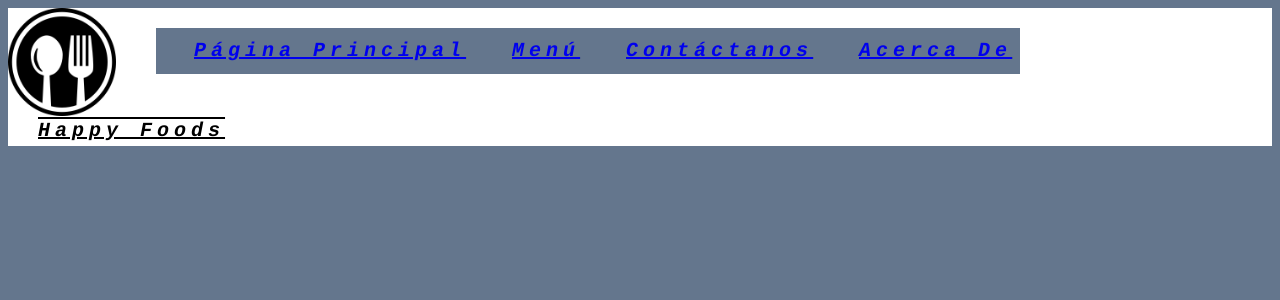
Repository: UVMCoyoacan/eq06_sitio1
Page: index.html
An editor plug-in stored every save of this project. The page is shown before and after the next save, followed by the edit.
The browser window is 1280 px wide. The pictures show the whole page.

Above is the page before, as saved 2024-03-06 09:38:52.

After the next save:
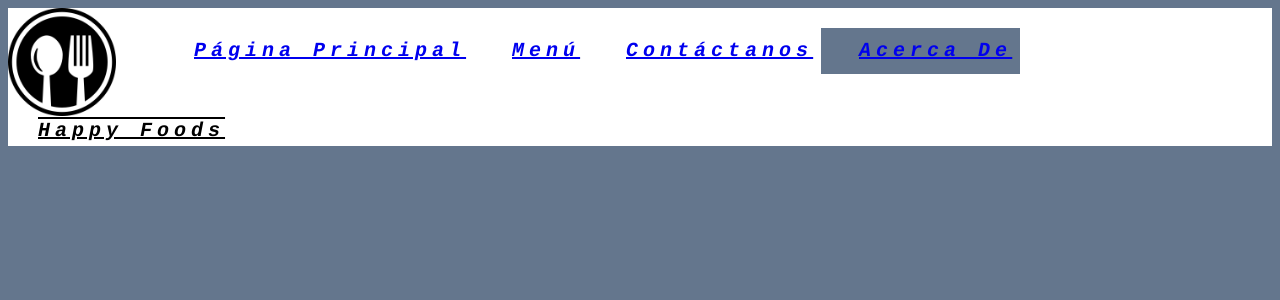
Saved 29 s later.
--- a/Carpeta estilos/estilo1.css
+++ b/Carpeta estilos/estilo1.css
@@ -44,13 +44,8 @@
 a {
     display: block;
     padding: 8px;
-    background-color:#64768D;
+    background-color:#ffffff;
   }
 .active {
     background-color: #64768D;
   }
-  ul{
-    display: inline;
-    float: left;
-    background-color:#FFFFFF;
-  }
